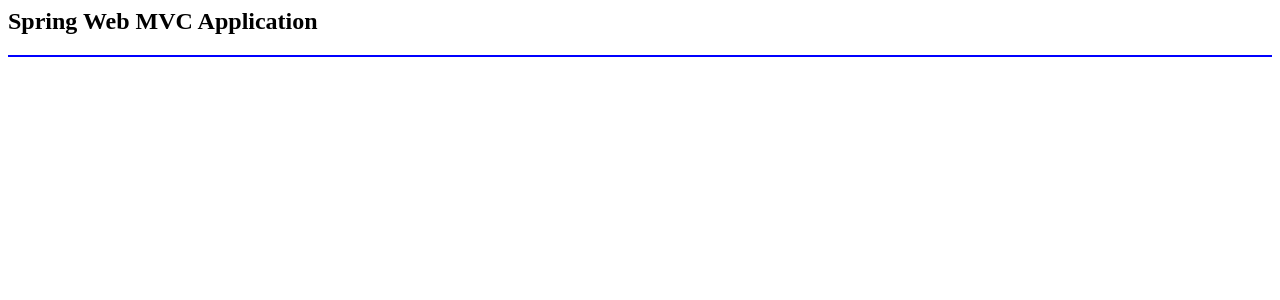
Repository: iKAIZER7/spring-workspace
Page: http://localhost/spring-web/
An editor plug-in stored every save of this project. The page is shown before and after the next save, followed by the edit.
The browser window is 1280 px wide. The pictures show the whole page.
The page is served by Tomcat 9.

Above is the page before, as saved 2025-07-30 09:20:59.

After the next save:
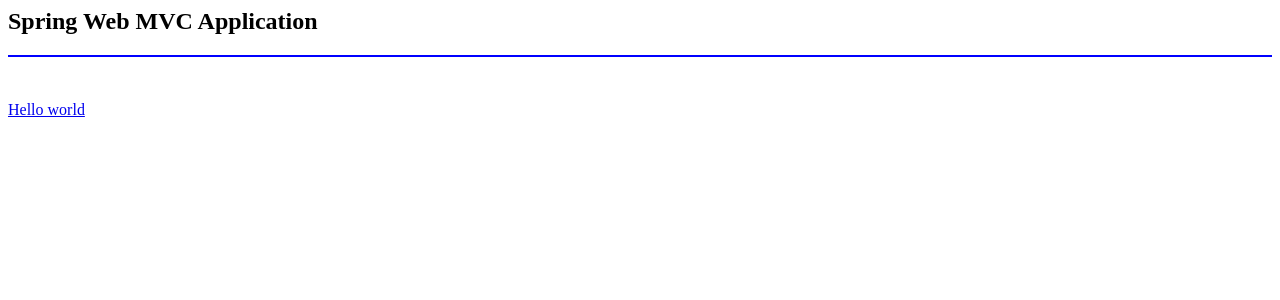
Saved 56 s later.
--- a/spring-web/src/main/webapp/index.jsp
+++ b/spring-web/src/main/webapp/index.jsp
@@ -3,5 +3,7 @@
 <h2>Spring Web MVC Application</h2>
 <hr color="blue">
 <br><br>
+
+<a href="shreya">Hello world</a>
 </body>
 </html>
